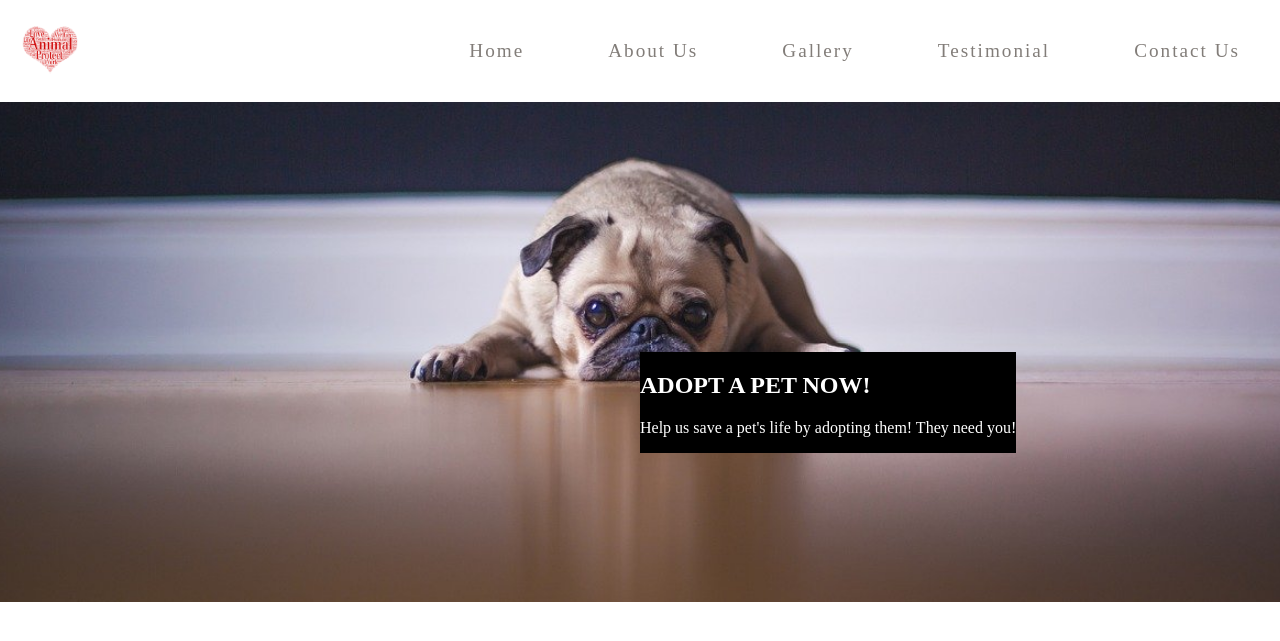
Repository: 4forces/HTML-CSS-LESSON
Page: lesson5-mobile-responsive/mobile.html
The author's editor kept a record of every edit. The page is drawn from the files as they stood at one moment, then again after the next edit.
The browser window is 1280 px wide. The pictures show the whole page.
Some web libraries are served in a nearby version.

Above is the page before.

After the next edit:
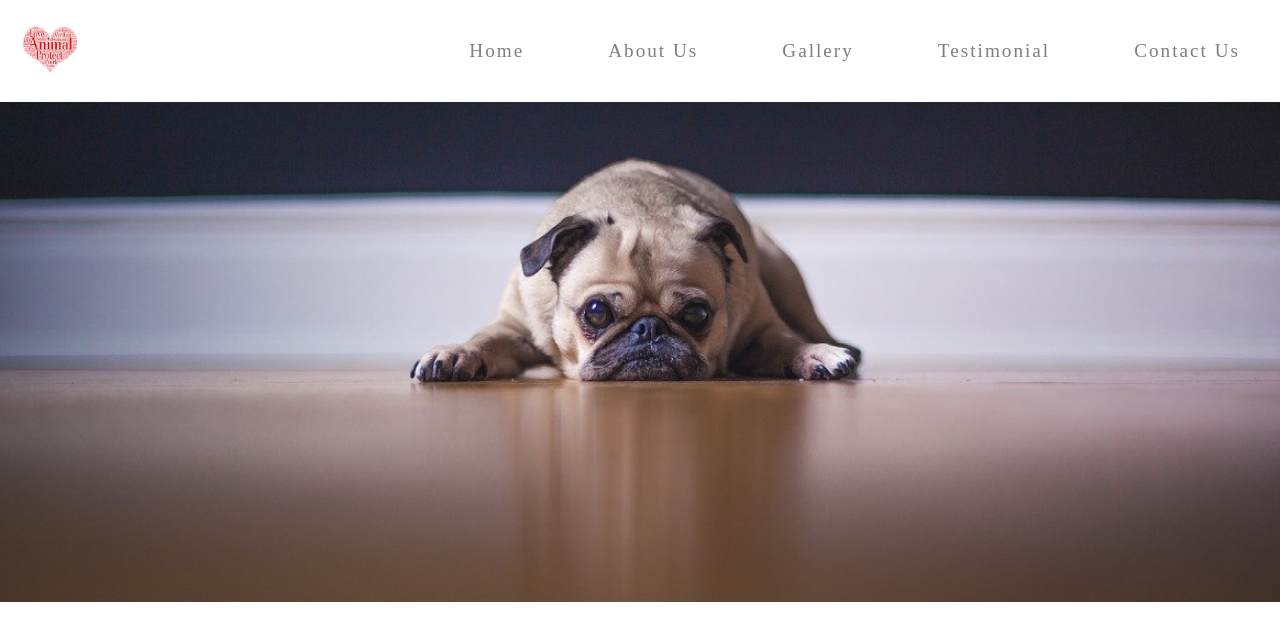
The edit:
--- a/lesson5-mobile-responsive/styles/mobile.css
+++ b/lesson5-mobile-responsive/styles/mobile.css
@@ -49,9 +49,10 @@
 #callout {
     color: white;
     background-color: black;
-    position : absolute;
-    top: 50%;
-    left:50%;
+    /*position : absolute;*/
+    /*bottom: 50px;*/
+    /*left:20px;*/
+    /*padding: 0 15px;*/
 }
 
 
